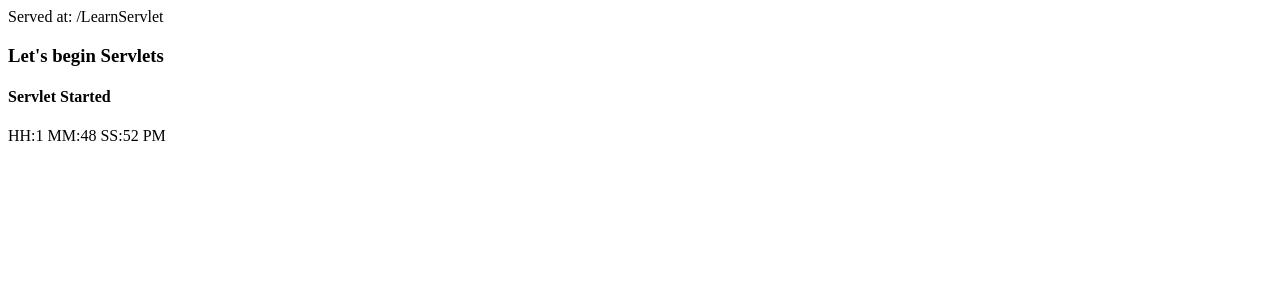
Repository: isaifahmad/PersonalEngineering
Page: http://localhost/LearnServlet/BeginServlet
An editor plug-in stored every save of this project. The page is shown before and after the next save, followed by the edit.
The browser window is 1280 px wide. The pictures show the whole page.
The page is served by Tomcat 9. Other server files are loaded and not shown.

Above is the page before, as saved 2019-11-06 09:25:37.

### java-apps/LearnServlet/src/com/sourcecode/servletlearning/BeginServlet.java
package com.sourcecode.servletlearning;

import java.io.IOException;
import java.io.PrintWriter;
import java.util.Calendar;
import java.util.GregorianCalendar;

import javax.servlet.ServletException;
import javax.servlet.annotation.WebServlet;
import javax.servlet.http.HttpServlet;
import javax.servlet.http.HttpServletRequest;
import javax.servlet.http.HttpServletResponse;

/**
 * Servlet implementation class BeginServlet
 */
@WebServlet("/BeginServlet")
public class BeginServlet extends HttpServlet {
	private static final long serialVersionUID = 1L;

    /**
     * @see HttpServlet#HttpServlet()
     */
    public BeginServlet() {
        super();
        // TODO Auto-generated constructor stub
    }

	/**
	 * @see HttpServlet#doGet(HttpServletRequest request, HttpServletResponse response)
	 */
	protected void doGet(HttpServletRequest request, HttpServletResponse response) throws ServletException, IOException {
		// TODO Auto-generated method stub
		response.getWriter().append("Served at: ").append(request.getContextPath());
		response.setContentType("text/html");
		PrintWriter printWriter = response.getWriter();
		printWriter.println("<h3>Let's begin Servlets</h3>");
		printWriter.println("<h4>Servlet Started</h4>");

		// Set refresh, autoload time as 5 seconds
	      response.setIntHeader("Refresh", 5);

	      Calendar cal = new GregorianCalendar();

	      int hour = cal.get(Calendar.HOUR);
	      int min = cal.get(Calendar.MINUTE);
	      int sec = cal.get(Calendar.SECOND);

	      String am_pm;

	      if(cal.get(Calendar.AM_PM) == 0) {
	    	  am_pm = "AM";
	      }
	      else {
	    	  am_pm = "PM";
	      }

	      String thisTime = "HH:" + hour + " MM:" + min + " SS:" + sec + " " + am_pm;
	      printWriter.println(thisTime);
	}

	/**
	 * @see HttpServlet#doPost(HttpServletRequest request, HttpServletResponse response)
	 */
	protected void doPost(HttpServletRequest request, HttpServletResponse response) throws ServletException, IOException {
		// TODO Auto-generated method stub
		doGet(request, response);
	}

}

After the next save:
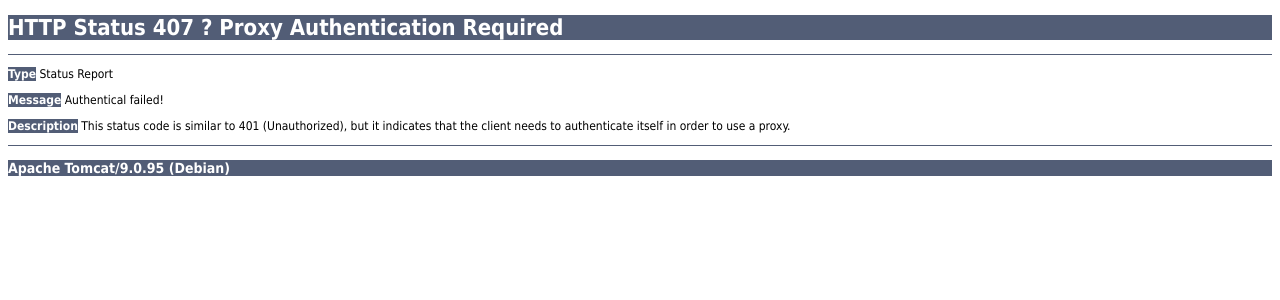
Saved 86 min 57 s later.
--- a/java-apps/LearnServlet/src/com/sourcecode/servletlearning/BeginServlet.java
+++ b/java-apps/LearnServlet/src/com/sourcecode/servletlearning/BeginServlet.java
@@ -57,6 +57,8 @@
 
 	      String thisTime = "HH:" + hour + " MM:" + min + " SS:" + sec + " " + am_pm;
 	      printWriter.println(thisTime);
+
+	      response.sendError(407, "Authentical failed!");
 	}
 
 	/**
